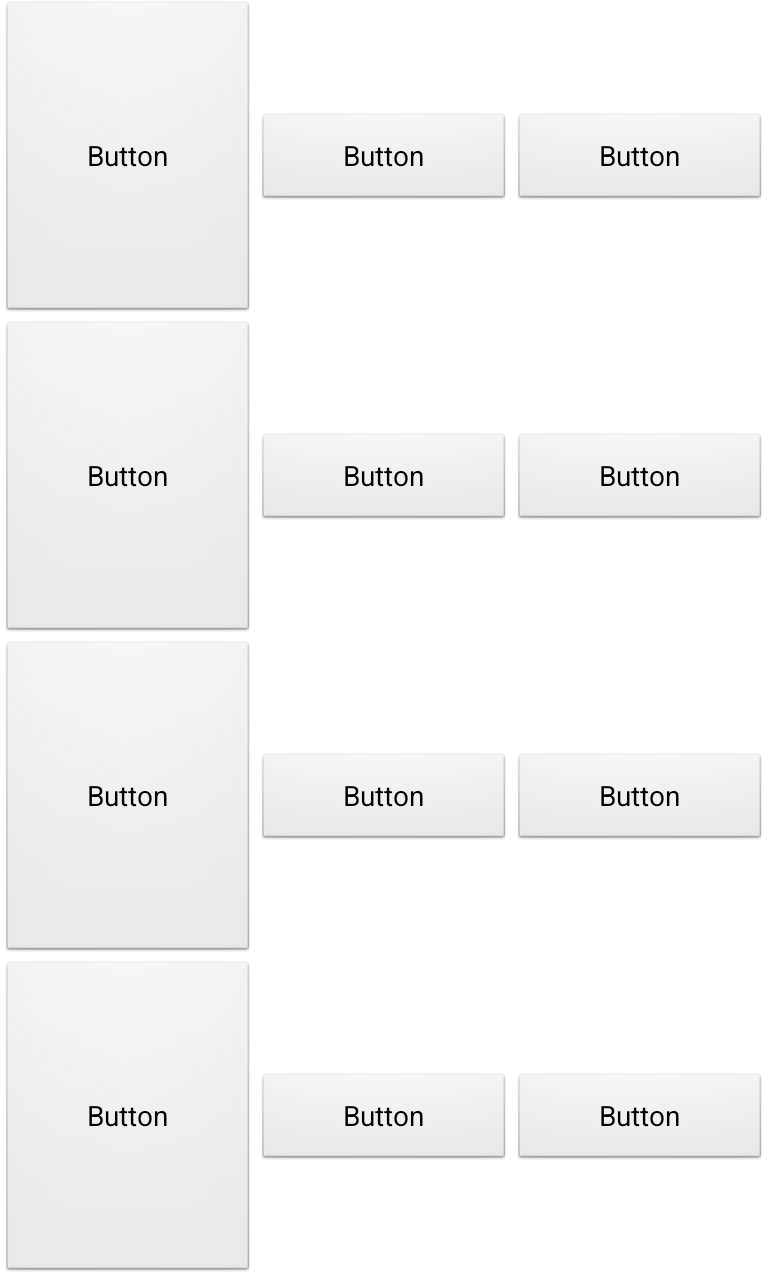
Repository: ApplucoJason/AndroidTest
Layout: MyFirstApp/res/layout/second.xml
An editor plug-in stored every save of this project. The layout is shown before and after the next save, followed by the edit.
It is drawn on a 768 x 1280 px phone screen (xhdpi) without system bars, with theme AppTheme; the app's code is not run.

Above is the layout before, as saved 2013-09-04 12:14:11.

After the next save:
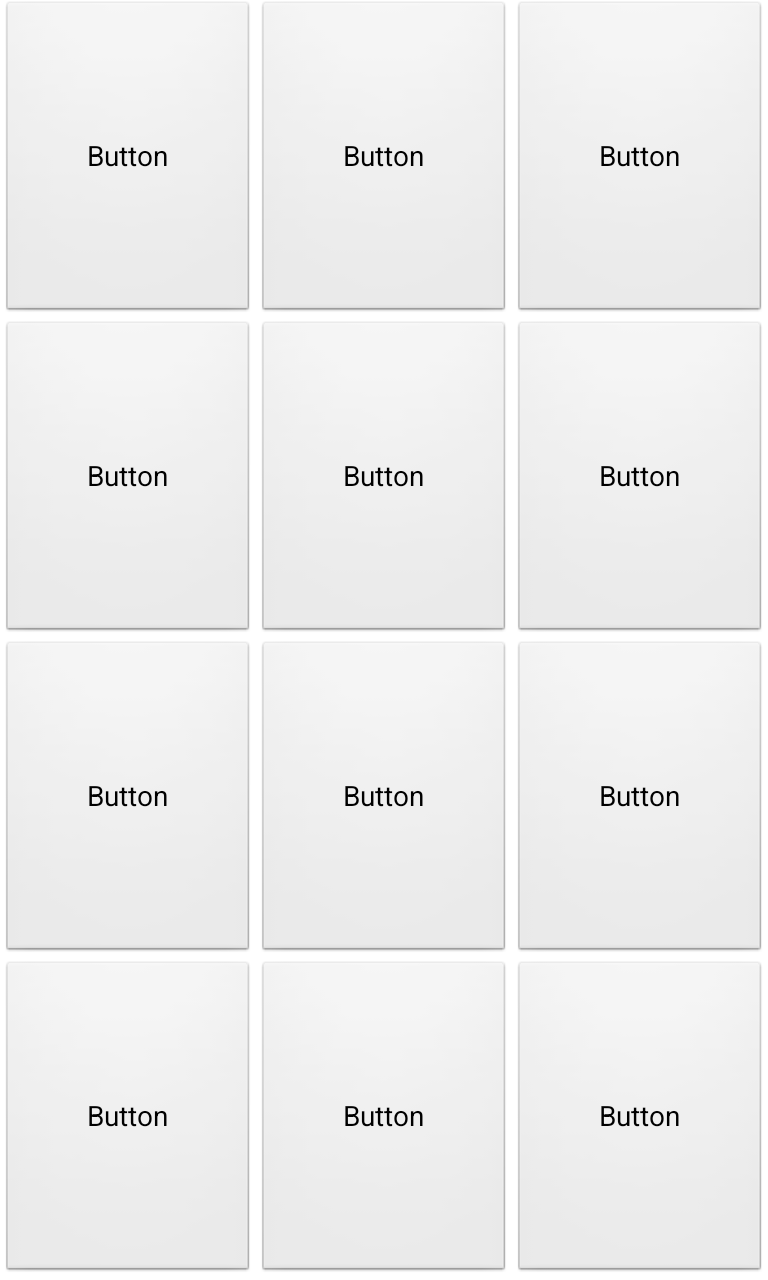
Saved 112 s later.
--- a/MyFirstApp/res/layout/second.xml
+++ b/MyFirstApp/res/layout/second.xml
@@ -19,14 +19,14 @@
         <Button
             android:id="@+id/button5"
             android:layout_width="wrap_content"
-            android:layout_height="wrap_content"
+            android:layout_height="fill_parent"
             android:layout_weight="1"
             android:text="Button" />
 
         <Button
             android:id="@+id/button9"
             android:layout_width="wrap_content"
-            android:layout_height="wrap_content"
+            android:layout_height="fill_parent"
             android:layout_weight="1"
             android:text="Button" />
 
@@ -47,14 +47,14 @@
         <Button
             android:id="@+id/button6"
             android:layout_width="wrap_content"
-            android:layout_height="wrap_content"
+            android:layout_height="fill_parent"
             android:layout_weight="1"
             android:text="Button" />
 
         <Button
             android:id="@+id/button10"
             android:layout_width="wrap_content"
-            android:layout_height="wrap_content"
+            android:layout_height="fill_parent"
             android:layout_weight="1"
             android:text="Button" />
 
@@ -75,14 +75,14 @@
         <Button
             android:id="@+id/button7"
             android:layout_width="wrap_content"
-            android:layout_height="wrap_content"
+            android:layout_height="fill_parent"
             android:layout_weight="1"
             android:text="Button" />
 
         <Button
             android:id="@+id/button11"
             android:layout_width="wrap_content"
-            android:layout_height="wrap_content"
+            android:layout_height="fill_parent"
             android:layout_weight="1"
             android:text="Button" />
 
@@ -103,14 +103,14 @@
         <Button
             android:id="@+id/button8"
             android:layout_width="wrap_content"
-            android:layout_height="wrap_content"
+            android:layout_height="fill_parent"
             android:layout_weight="1"
             android:text="Button" />
 
         <Button
             android:id="@+id/button12"
             android:layout_width="wrap_content"
-            android:layout_height="wrap_content"
+            android:layout_height="fill_parent"
             android:layout_weight="1"
             android:text="Button" />
 
